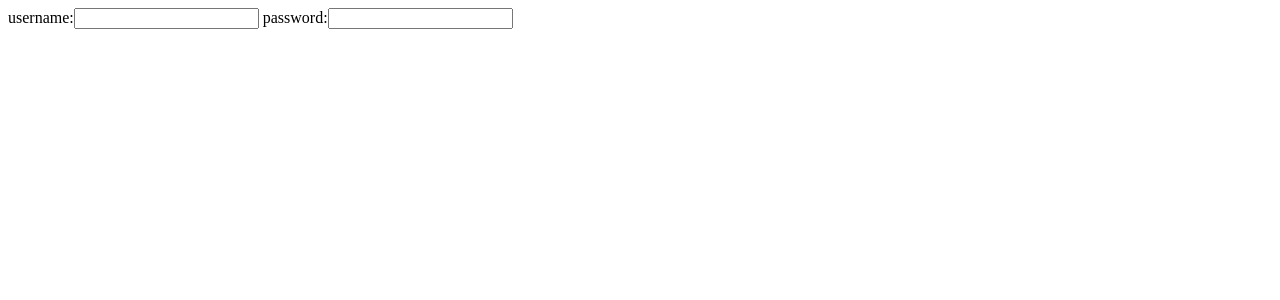
Repository: nagarjuna0287/workspace
Page: ServletProject/WebContent/Cookie.html
The author's editor kept a copy of each file at every save. The page is drawn from the files as they stood at one save, then again after the next save.
The browser window is 1280 px wide. The pictures show the whole page.

Above is the page before, as saved 2017-03-07 07:08:02.

### ServletProject/WebContent/Cookie.html
<!DOCTYPE html>
<html>
<head>
<meta charset="ISO-8859-1">
<title>Insert title here</title>
</head>
<body>
<form action="FirstCookie" method="post">
username:<input type="text" name="uname"/>
password:<input type="password" name="password"/>
</form>
</body>
</html>

After the next save:
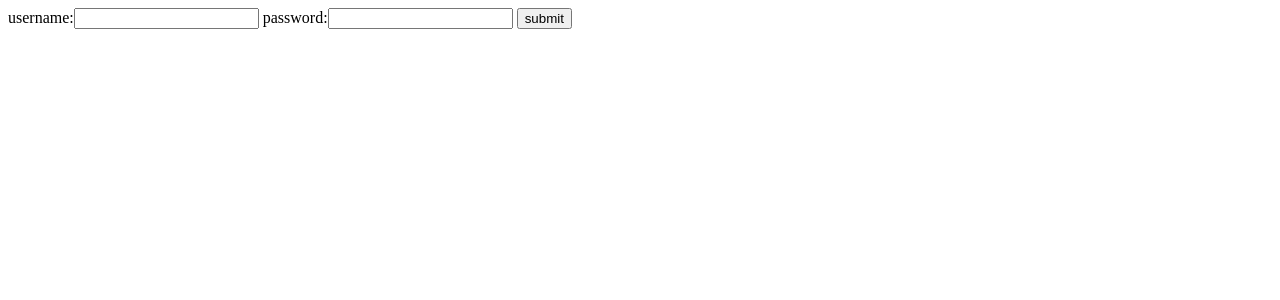
Saved 34 s later.
--- a/ServletProject/WebContent/Cookie.html
+++ b/ServletProject/WebContent/Cookie.html
@@ -8,6 +8,7 @@
 <form action="FirstCookie" method="post">
 username:<input type="text" name="uname"/>
 password:<input type="password" name="password"/>
+<input type="submit" value="submit">
 </form>
 </body>
 </html>
